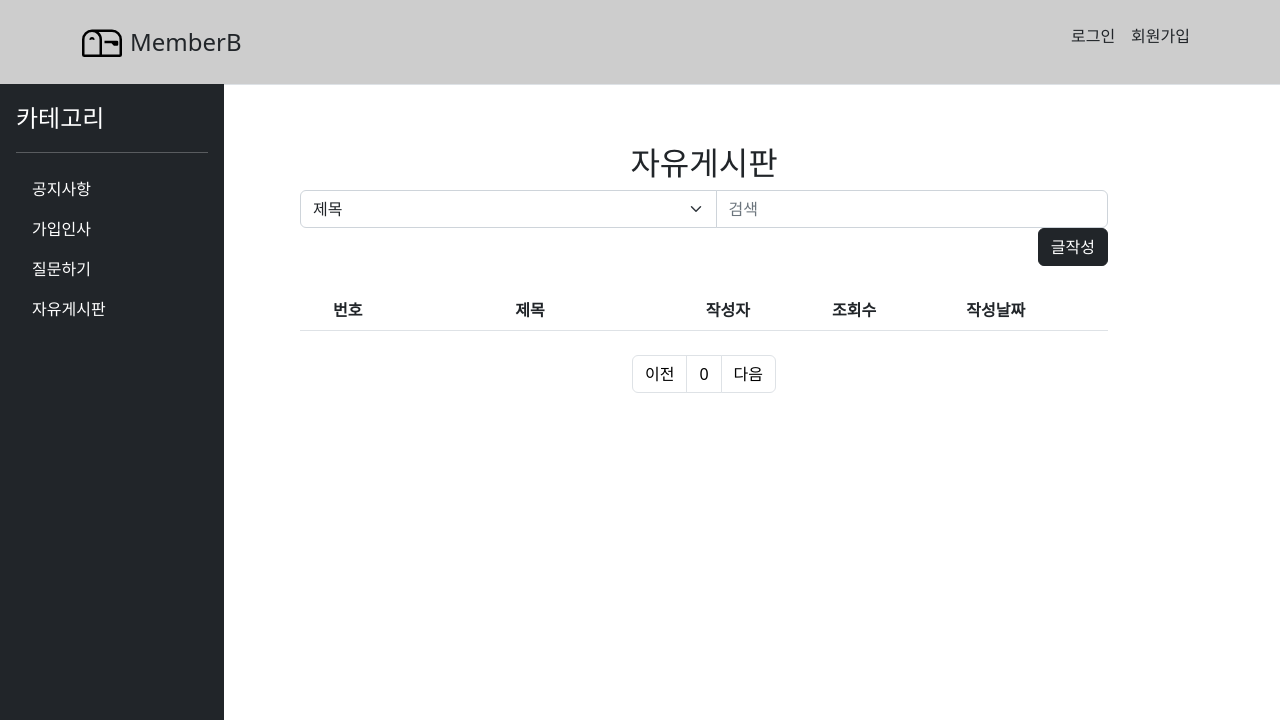
Repository: charmErin/board_220915
Page: http://localhost/board/WEB-INF/views/board/list.jsp
These files come from the project's save history. The page is drawn as it stood at one moment and after the next save; the edit follows.
The browser window is 1280 px wide. The pictures show the whole page.
The page is served by Tomcat 9. Nobody is signed in. The template is opened directly, without the code that normally fills it, so the values that code supplies are empty.

Above is the page before, as saved 2022-09-19 00:53:32.

After the next save:
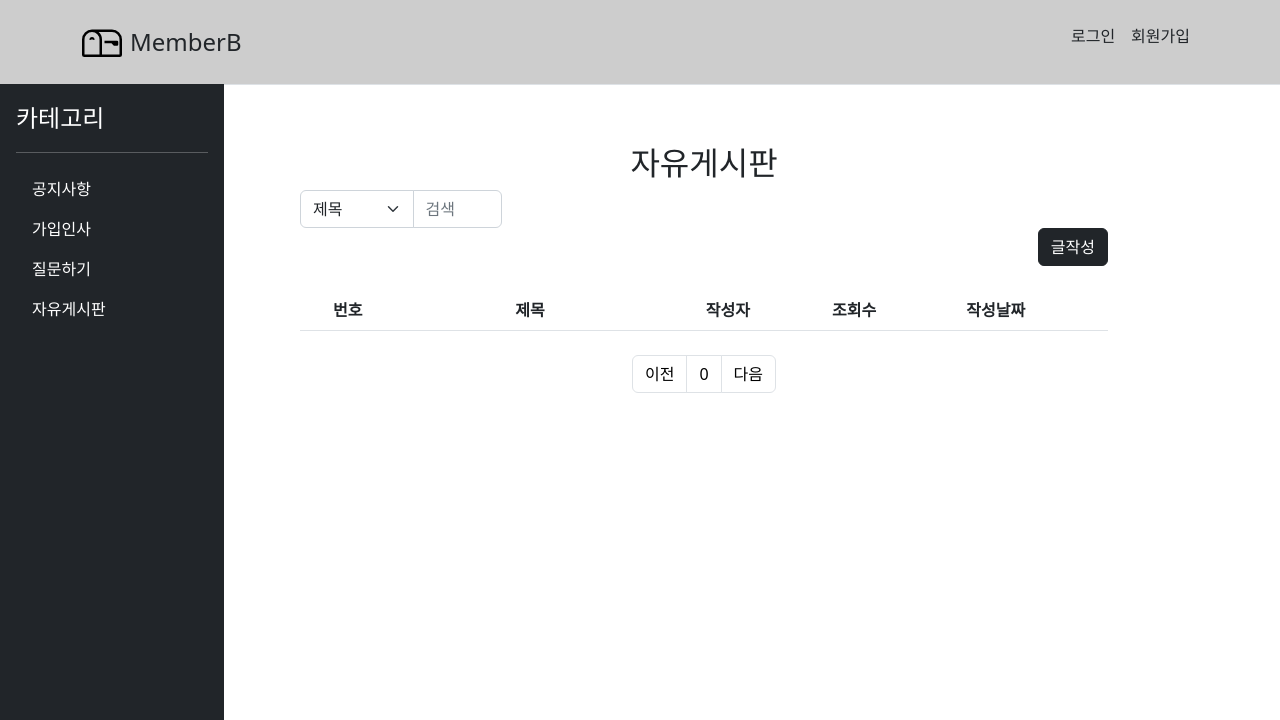
Saved 9 s later.
--- a/board/src/main/webapp/WEB-INF/views/board/list.jsp
+++ b/board/src/main/webapp/WEB-INF/views/board/list.jsp
@@ -58,8 +58,8 @@
 		</c:choose>
 
 		<div>
-	    	<form action="/board/search" method="get">
-				<div class="input-group col-4">
+	    	<form class="col-3" action="/board/search" method="get">
+				<div class="input-group">
 					<select class="form-select col-1" name="searchType">
 						<option value="boardTitle">제목</option>
 						<option value="boardWriter">작성자</option>
